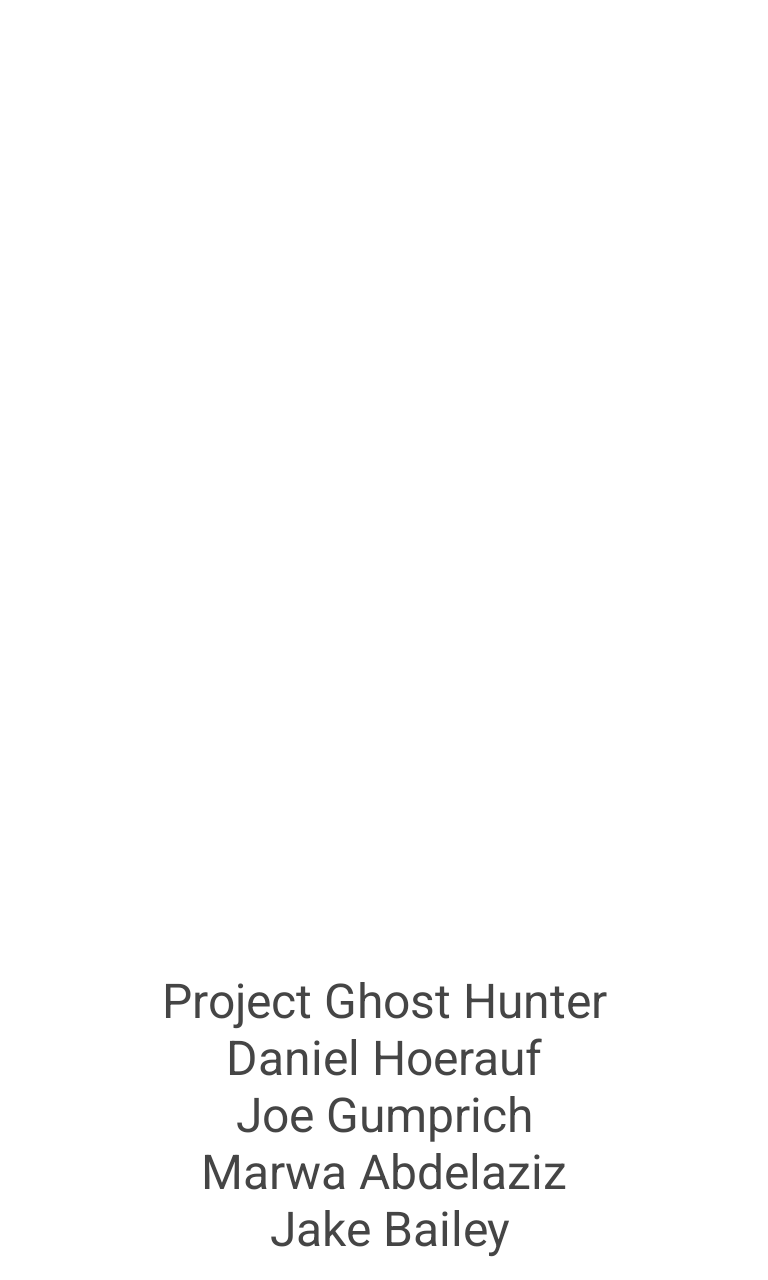
Repository: Daniel-Hoerauf/Ghost-Hunter
Layout: GhostHunter/res/layout/activity_splash.xml
The author's editor kept a copy of each file at every save. The layout is drawn from the files as they stood at one save, then again after the next save.
It is drawn on a 768 x 1280 px phone screen (xhdpi) without system bars, with theme AppTheme; the app's code is not run.

Above is the layout before, as saved 2014-11-06 23:13:05.

After the next save:
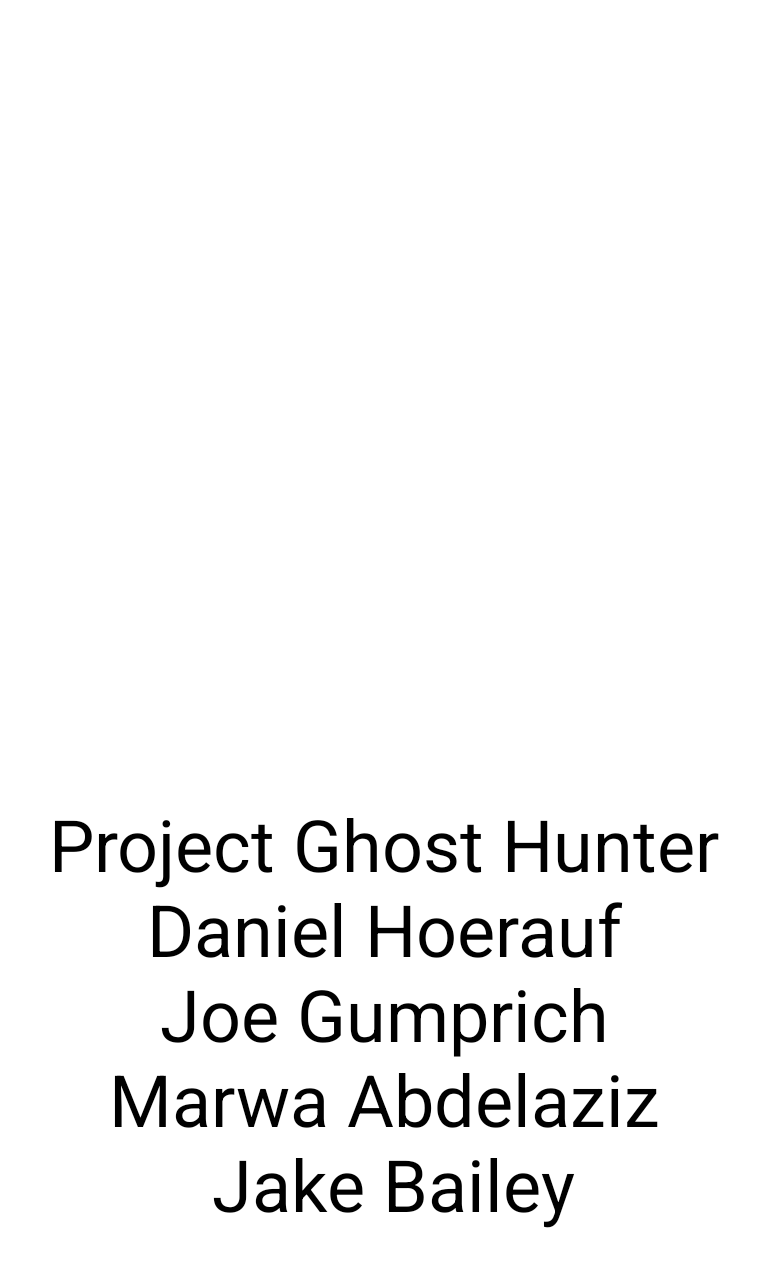
Saved 2 min 33 s later.
--- a/GhostHunter/res/layout/activity_splash.xml
+++ b/GhostHunter/res/layout/activity_splash.xml
@@ -6,9 +6,9 @@
      <TextView
         android:layout_width="fill_parent"
         android:layout_height="wrap_content"
-        android:layout_marginBottom="10dp"
-        android:textSize="24sp"
-        android:textColor="#454545"
+        android:layout_marginBottom="24sp"
+        android:textSize="36sp"
+        android:textColor="#000000"
         android:gravity="center_horizontal"
         android:layout_alignParentBottom="true"
         android:text="@string/splash_screen" />
